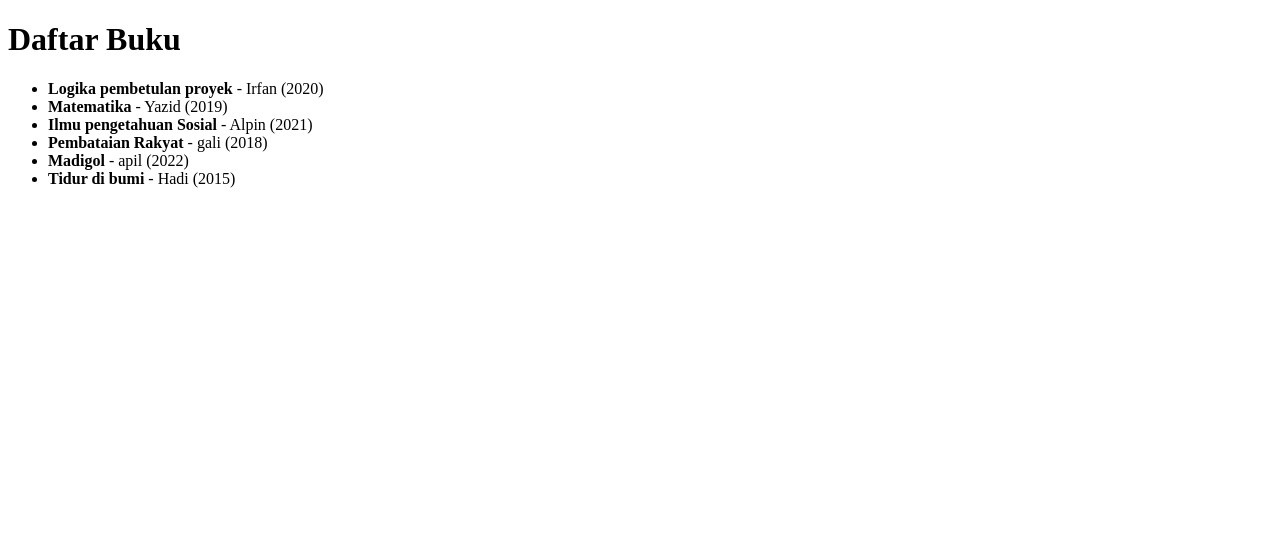
Repository: Bearli-py/latihan_PHP
Page: http://localhost/
An editor plug-in stored every save of this project. The page is shown before and after the next save, followed by the edit.
The browser window is 1280 px wide. The pictures show the whole page.
The page is run by PHP 8.4 with error messages shown; the project is at /var/www/html/.

Above is the page before, as saved 2025-10-21 14:35:35.

After the next save:
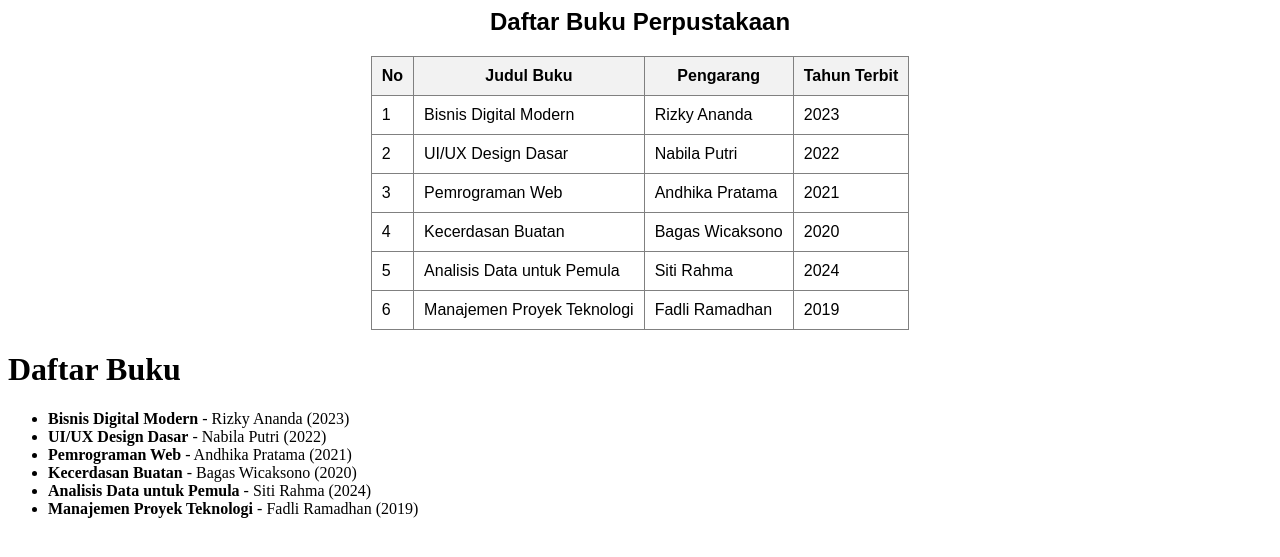
Saved 27 min 0 s later.
--- a/TUGAS-MVC/MODEL/buku.php
+++ b/TUGAS-MVC/MODEL/buku.php
@@ -12,13 +12,39 @@ class Buku {
 
     public static function semuaBuku() {
         // Tambahkan 6 data buku
-        $buku1 = new Buku("Logika pembetulan proyek", "Irfan", 2020);
-        $buku2 = new Buku("Matematika", "Yazid", 2019);
-        $buku3 = new Buku("Ilmu pengetahuan Sosial", "Alpin", 2021);
-        $buku4 = new Buku("Pembataian Rakyat", "gali", 2018);
-        $buku5 = new Buku("Madigol", "apil", 2022);
-        $buku6 = new Buku("Tidur di bumi", "Hadi", 2015);
+        $buku1 = new Buku("Bisnis Digital Modern", "Rizky Ananda", 2023);
+        $buku2 = new Buku("UI/UX Design Dasar", "Nabila Putri", 2022);
+        $buku3 = new Buku("Pemrograman Web", "Andhika Pratama", 2021);
+        $buku4 = new Buku("Kecerdasan Buatan", "Bagas Wicaksono", 2020);
+        $buku5 = new Buku("Analisis Data untuk Pemula", "Siti Rahma", 2024);
+        $buku6 = new Buku("Manajemen Proyek Teknologi", "Fadli Ramadhan", 2019);
 
         return [$buku1, $buku2, $buku3, $buku4, $buku5, $buku6];
     }
 }
+
+// tampilkan data dalam tabel
+$bukuList = Buku::semuaBuku();
+
+echo "<h2 style='text-align:center; font-family:Arial;'>Daftar Buku Perpustakaan</h2>";
+echo "<table border='1' cellpadding='10' cellspacing='0' style='margin:auto; border-collapse:collapse; font-family:Arial;'>";
+echo "<tr style='background-color:#f2f2f2;'>
+        <th>No</th>
+        <th>Judul Buku</th>
+        <th>Pengarang</th>
+        <th>Tahun Terbit</th>
+      </tr>";
+
+$no = 1;
+foreach ($bukuList as $buku) {
+    echo "<tr>
+            <td>{$no}</td>
+            <td>{$buku->judul}</td>
+            <td>{$buku->pengarang}</td>
+            <td>{$buku->tahun_terbit}</td>
+          </tr>";
+    $no++;
+}
+
+echo "</table>";
+?>
